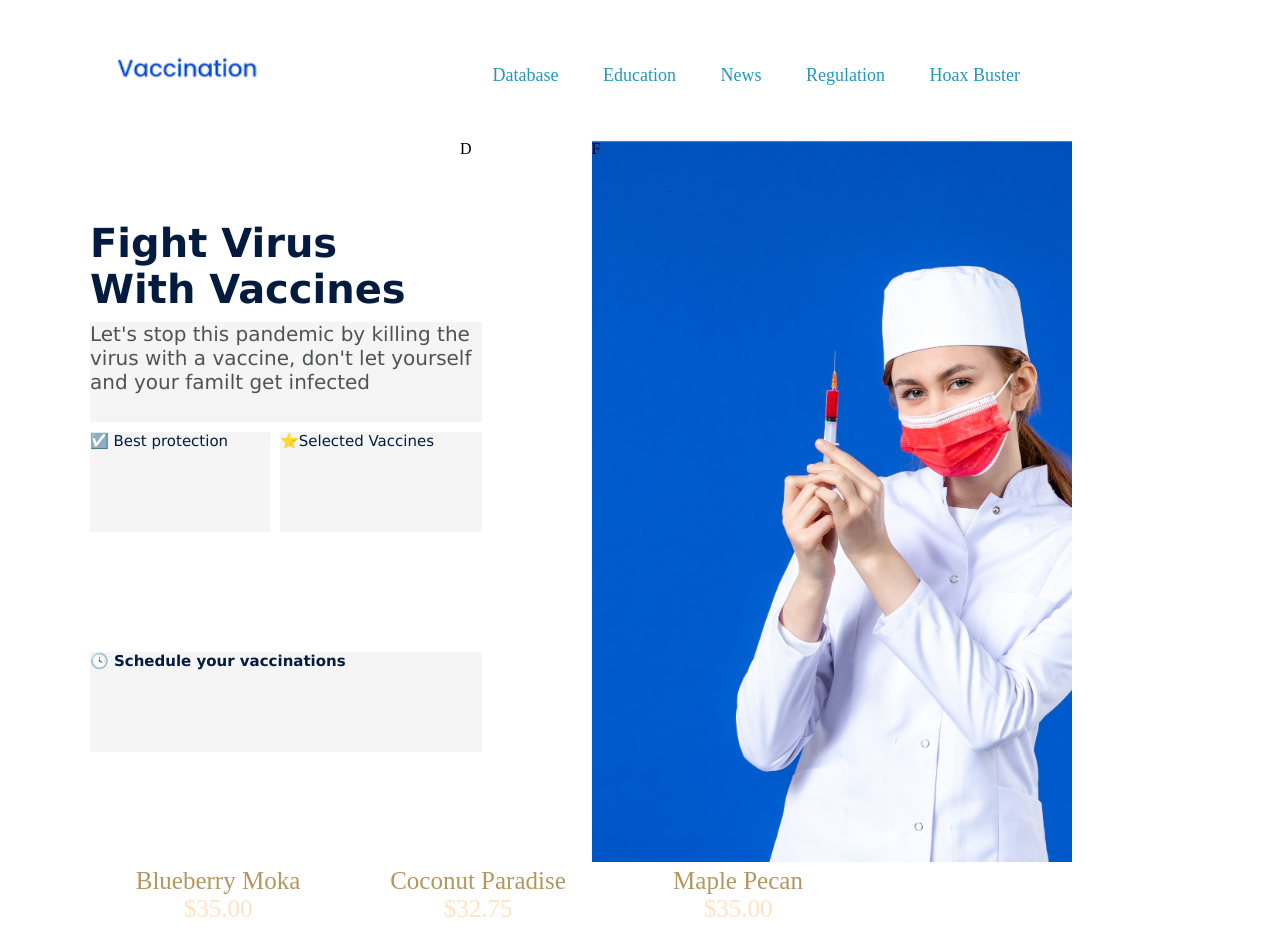
Repository: roge64/cssfrontend
Page: index.html
The author's editor kept a copy of each file at every save. The page is drawn from the files as they stood at one save, then again after the next save.
The browser window is 1280 px wide. The pictures show the part of the page from y = 0 to 952 px (the page is 2338 px tall).
A picture or video elsewhere on the page could not be fetched, so the positions and the page height are approximate.

Above is the page before, as saved 2022-03-10 17:09:09.

After the next save:
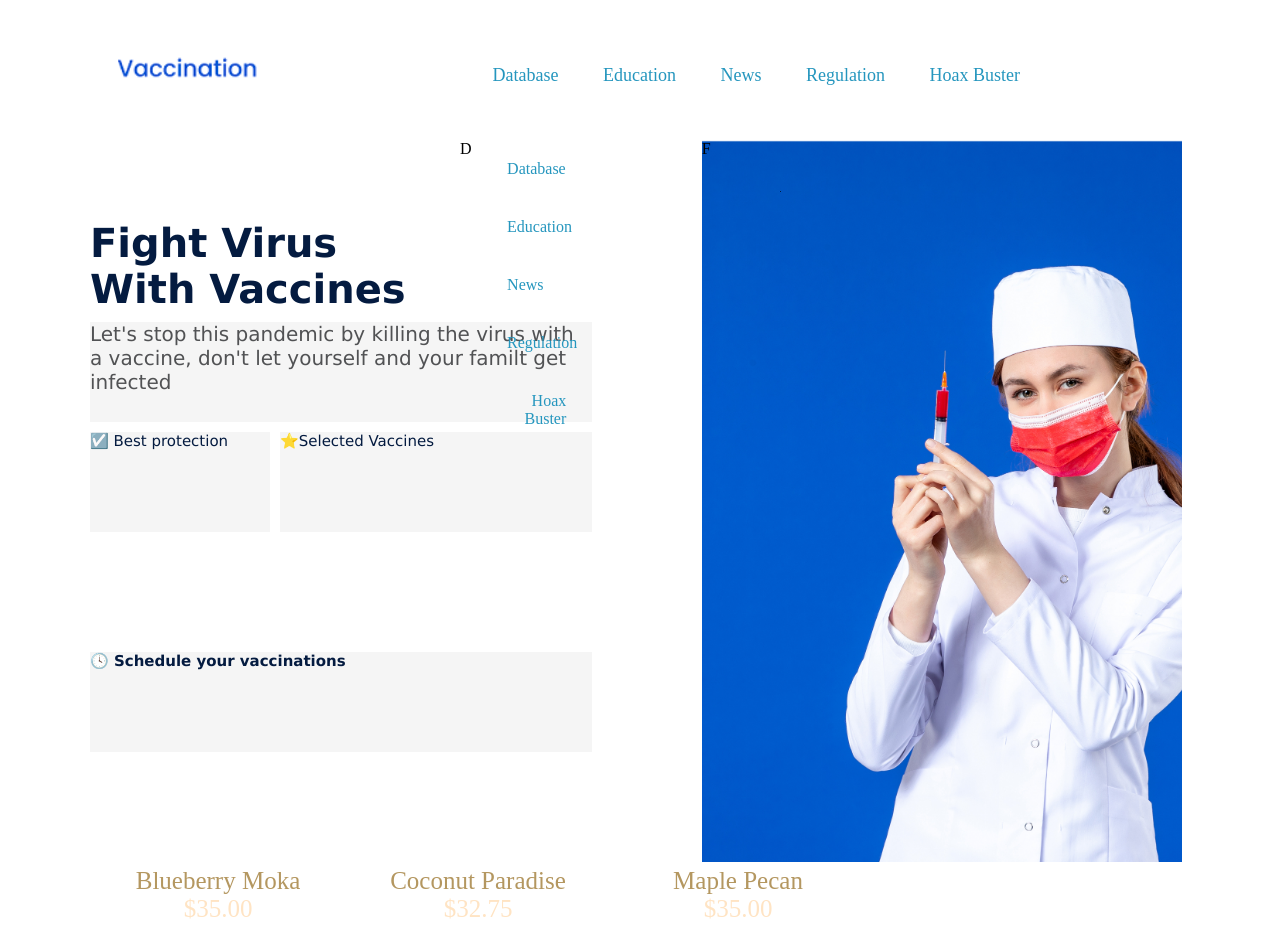
Saved 54 s later.
--- a/index.html
+++ b/index.html
@@ -59,6 +59,16 @@
         <div class="box h" style="color:#041b40">☑️ Best protection</div>
         <div class="box i" style="color:#041b40"> ⭐Selected Vaccines</div>
         <div class="box j" style="color:#041b40"> 🕓 Schedule your vaccinations</div>
+        <article id="banner2">
+            <ul class="menu">
+                <li><a href="#home"></a>Database</li>
+                <li><a href="#cakes"></a>Education</li>
+                <li><a href="#decor"></a>News</li>
+                <li><a href="#order"></a>Regulation</li>
+                <li><a href="#admin"></a>Hoax Buster</li>
+                <!-- <li><a href="#void"></a>   </li> -->
+            </ul>
+        </article>
     </div>
 
     <section id="names">
